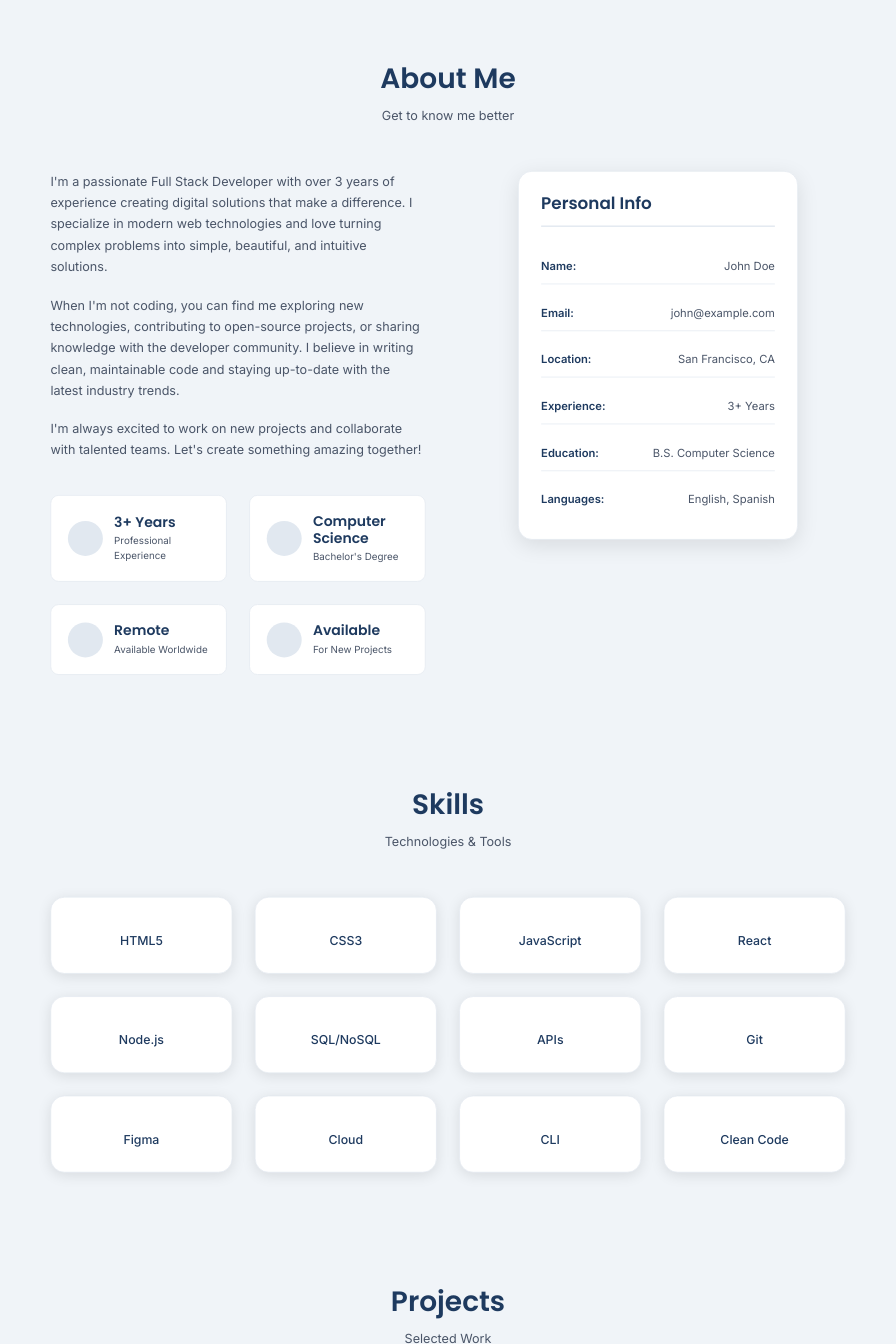
Repository: TharunPathakamuri/Portfolio
Page: index.html
The author's editor kept a copy of each file at every save. The page is drawn from the files as they stood at one save, then again after the next save.
The browser window is 1280 px wide. The pictures show the part of the page from y = 713 to 2633 px (the page is 5070 px tall before and 5131 px after), at 70% of full size.

Above is the page before, as saved 2025-07-04 23:22:48.

After the next save:
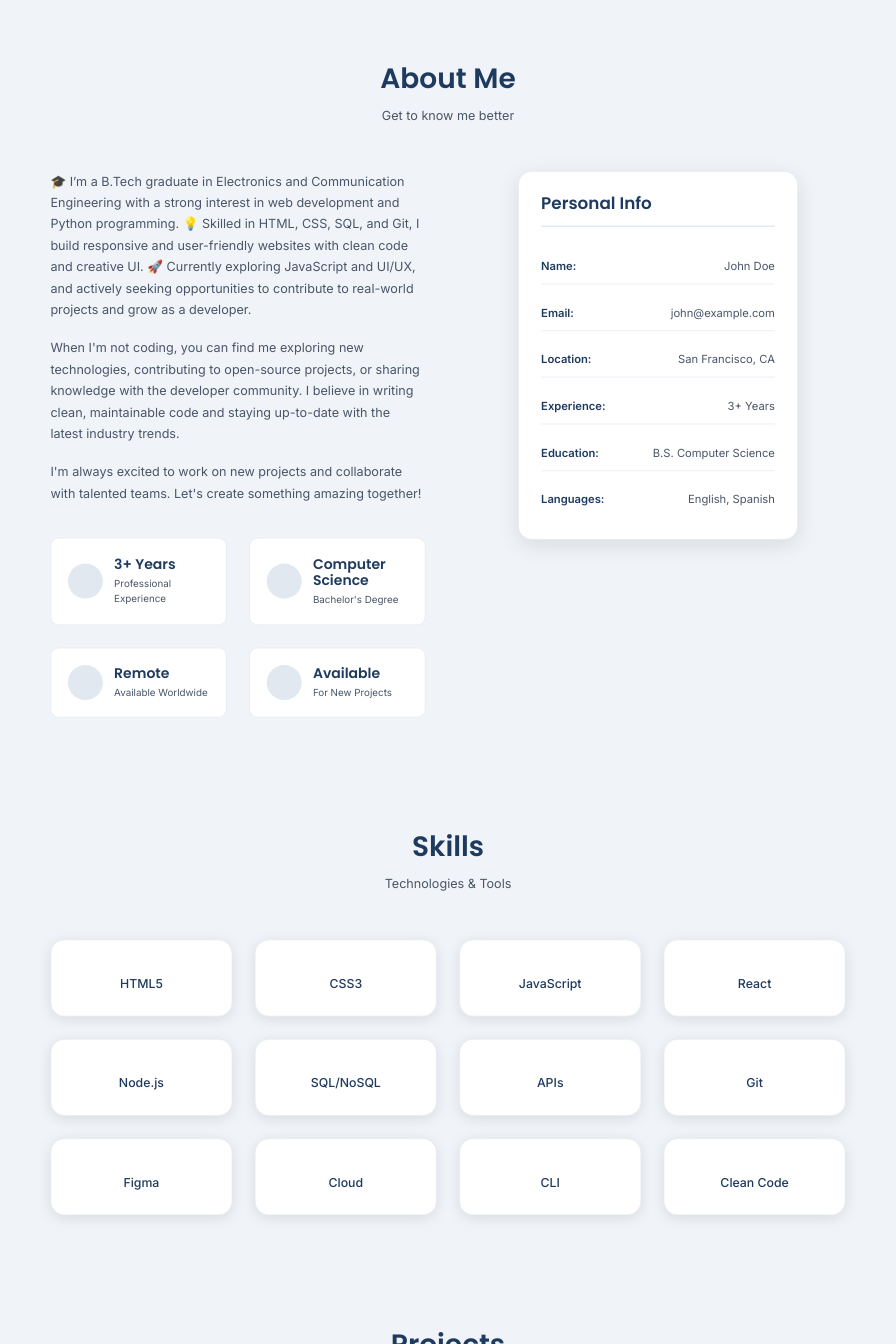
Saved 2 min 49 s later.
--- a/index.html
+++ b/index.html
@@ -113,10 +113,11 @@
                 <div class="about-text">
                     <div class="about-description">
                         <p>
-                            I'm a passionate Full Stack Developer with over 3 years of experience
-                            creating digital solutions that make a difference. I specialize in
-                            modern web technologies and love turning complex problems into simple,
-                            beautiful, and intuitive solutions.
+                            🎓 I’m a B.Tech graduate in Electronics and Communication Engineering with a strong interest in web development and Python programming.
+
+💡 Skilled in HTML, CSS, SQL, and Git, I build responsive and user-friendly websites with clean code and creative UI.
+
+🚀 Currently exploring JavaScript and UI/UX, and actively seeking opportunities to contribute to real-world projects and grow as a developer.
                         </p>
 
                         <p>
